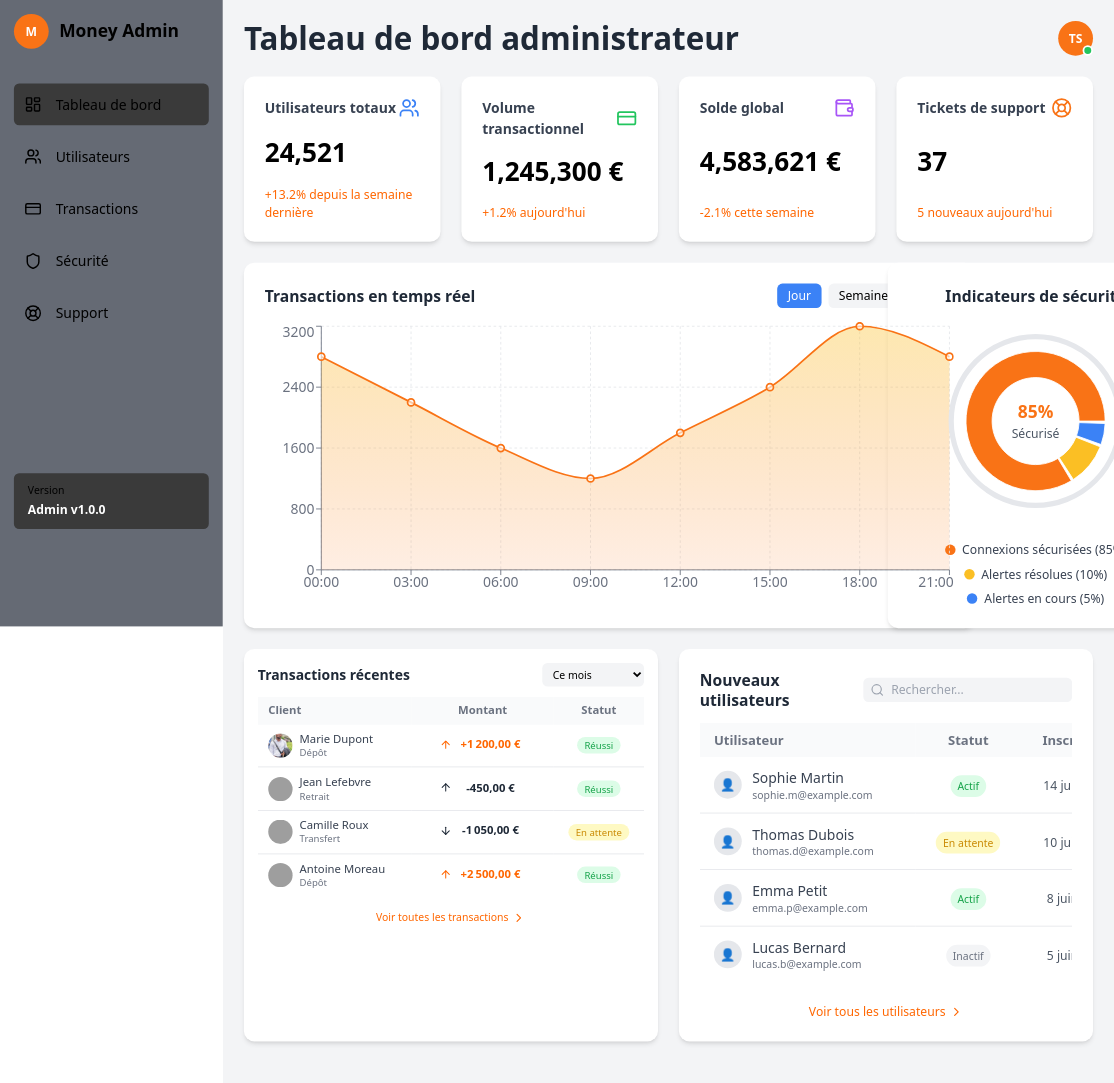
Repository: Edongo999/Dashboard
Page: /
An editor plug-in stored every save of this project. The page is shown before and after the next save, followed by the edit.
The browser window is 1280 px wide. The pictures show the whole page, at 87% of full size.
Pictures or frames that could not be fetched are drawn as grey boxes. The project was rebuilt for these pictures with package versions that can differ from the ones it lists, and the page was loaded fresh each time. Also part of the build but not shown: vite.config.ts.

Above is the page before, as saved 2025-10-14 13:50:02.

After the next save:
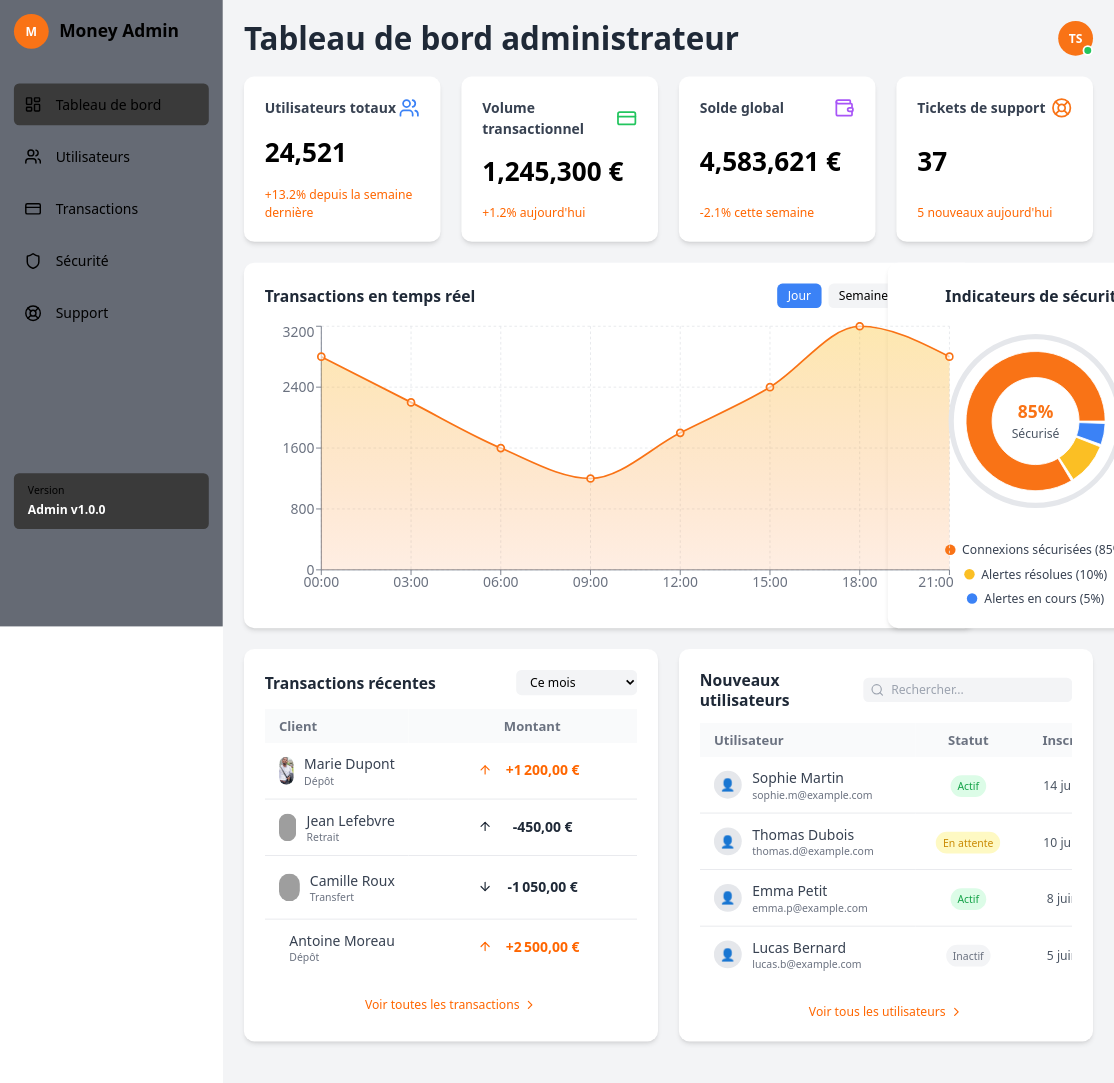
Saved 2 min 2 s later.
--- a/src/components/RecentActivity.tsx
+++ b/src/components/RecentActivity.tsx
@@ -1,7 +1,6 @@
 import { ChevronRight, ArrowUp, ArrowDown, X } from "lucide-react"
 import { useState } from "react"
 
-// ✅ Transactions avec tes images locales
 const transactions = [
   {
     name: "Marie Dupont",
@@ -37,26 +36,26 @@ const RecentActivity = () => {
   const [zoomedImage, setZoomedImage] = useState<string | null>(null)
 
   return (
-    <div className="bg-white rounded-[12px] shadow-md p-4 w-full lg:max-w-[600px]">
+    <div className="bg-white rounded-[12px] shadow-md p-6 w-full lg:max-w-[600px]">
 
       {/* ✅ Titre + filtre */}
-      <div className="flex justify-between items-center mb-3">
-        <h2 className="text-base font-bold text-gray-800">Transactions récentes</h2>
-        <select className="text-xs bg-gray-100 px-2 py-1 rounded-md">
+      <div className="flex justify-between items-center mb-4">
+        <h2 className="text-lg font-bold text-gray-800">Transactions récentes</h2>
+        <select className="text-sm bg-gray-100 px-3 py-1 rounded-md">
           <option>Ce mois</option>
           <option>Cette semaine</option>
           <option>Aujourd'hui</option>
         </select>
       </div>
 
-      {/* ✅ Tableau compact sans scroll */}
+      {/* ✅ Tableau aligné avec NewUsersTable */}
       <div className="overflow-x-auto">
-        <table className="w-full text-[13px] text-left">
+        <table className="min-w-[500px] w-full text-[15px] text-left">
           <thead>
             <tr className="bg-[#F9FAFB] text-gray-500 font-normal">
-              <th className="py-1.5 px-3">Client</th>
-              <th className="py-1.5 px-6 text-center">Montant</th>
-              <th className="py-1.5 px-3 text-center">Statut</th>
+              <th className="py-2 px-4">Client</th>
+              <th className="py-2 px-20 text-center">Montant</th>
+              <th className="py-2 px-4 text-center">Statut</th>
             </tr>
           </thead>
           <tbody className="divide-y divide-gray-200">
@@ -67,42 +66,42 @@ const RecentActivity = () => {
               const ArrowIcon = tx.status === "Réussi" ? ArrowUp : ArrowDown
 
               return (
-                <tr key={i} className="text-gray-700 align-middle">
+                <tr key={i} className="text-gray-700 align-middle text-[16px]">
 
                   {/* ✅ Client avec image zoomable + nom non cassable */}
-                  <td className="py-2 px-3">
-                    <div className="flex items-center gap-2">
+                  <td className="py-3 px-4">
+                    <div className="flex items-center gap-3">
                       <button onClick={() => setZoomedImage(tx.avatar)}>
                         <img
                           src={tx.avatar}
                           alt={tx.name}
-                          className="w-7 h-7 rounded-full object-cover hover:scale-105 transition-transform"
+                          className="w-8 h-8 rounded-full object-cover hover:scale-105 transition-transform"
                         />
                       </button>
                       <div className="whitespace-nowrap">
-                        <p className="font-medium leading-tight">{tx.name}</p>
-                        <p className="text-[11px] text-gray-500">{tx.type}</p>
+                        <p className="font-medium">{tx.name}</p>
+                        <p className="text-xs text-gray-500">{tx.type}</p>
                       </div>
                     </div>
                   </td>
 
-                  {/* ✅ Montant compact et non cassable */}
-                  <td className="py-2 px-6 text-center">
-                    <div className="inline-flex items-center justify-center gap-1 h-5">
+                  {/* ✅ Montant bien reculé et non cassable */}
+                  <td className="py-3 px-20 text-center">
+                    <div className="inline-flex items-center justify-center gap-2 h-6">
                       <ArrowIcon
-                        className="w-3.5 h-3.5 shrink-0"
+                        className="w-4 h-4 font-bold shrink-0"
                         style={{ color: arrowColor }}
                       />
-                      <span className={`font-semibold ${amountColor} min-w-[80px] whitespace-nowrap`}>
+                      <span className={`font-semibold ${amountColor} min-w-[100px] whitespace-nowrap`}>
                         {tx.amount}
                       </span>
                     </div>
                   </td>
 
-                  {/* ✅ Statut badge compact */}
-                  <td className="py-2 px-3 text-center">
+                  {/* ✅ Statut avec badge */}
+                  <td className="py-3 px-4 text-center">
                     <span
-                      className={`px-2 py-0.5 rounded-full text-[11px] font-medium ${
+                      className={`px-2 py-1 rounded-full text-xs font-medium ${
                         tx.status === "Réussi"
                           ? "bg-green-100 text-green-600"
                           : "bg-yellow-100 text-yellow-600"
@@ -119,8 +118,8 @@ const RecentActivity = () => {
       </div>
 
       {/* ✅ Bouton bas */}
-      <div className="mt-4 flex justify-center">
-        <button className="text-xs text-[#FF6600] hover:underline flex items-center gap-1">
+      <div className="mt-6 flex justify-center">
+        <button className="text-sm text-[#FF6600] hover:underline flex items-center gap-1">
           Voir toutes les transactions <ChevronRight className="w-4 h-4" style={{ color: "#FF6600" }} />
         </button>
       </div>
